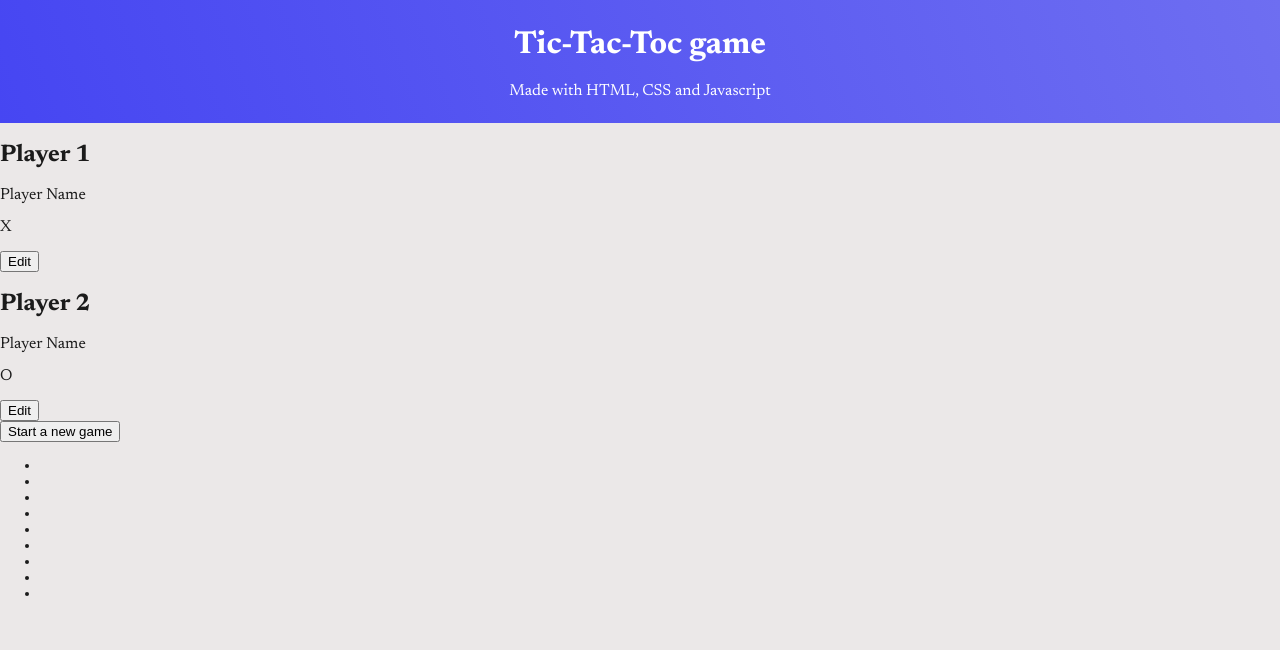
Repository: MicTomm/Tic-tac-toe-game
Page: index.html
The author's editor kept a copy of each file at every save. The page is drawn from the files as they stood at one save, then again after the next save.
The browser window is 1280 px wide. The pictures show the whole page.

Above is the page before, as saved 2023-06-23 10:44:42.
Not found: js-code

### index.html
<!DOCTYPE html>
<html lang="en">

<head>
    <meta charset="UTF-8">
    <meta name="viewport" content="width=device-width, initial-scale=1.0">
    <title>Tic-Tac-Toe</title>
    <link rel="preconnect" href="https://fonts.googleapis.com">
    <link rel="preconnect" href="https://fonts.gstatic.com" crossorigin>
    <link href="https://fonts.googleapis.com/css2?family=Newsreader:wght@400;700&display=swap" rel="stylesheet">
    <link href="/styles.css" rel="stylesheet">
    <script src="js-code" defer></script>
</head>

<body>
    <header id="main-header">
        <h1>Tic-Tac-Toc game</h1>
        <p>Made with HTML, CSS and Javascript</p>
    </header>
    <main>
        <aside>
            <header id="id="aside-header>
                <h2>Chose your name</h2>
            </header>
            <form>
                <div id="aside-input-container">
                    <label for="choosing-player-name">Player name</label>
                    <input type="text" id="choosing-player-name">
                </div>
                <div id="aside-buttons-container">
                    <button type="button" class="btn alternative-btn">Cancel</button>
                    <button type="submit" class="btn">Confirm</button>
                </div>
            </form>
        </aside>
        <section id="game-configuration">
            <article>
                <div id="player1-container">
                    <h2>Player 1</h2>
                    <p>Player Name</p>
                    <p>X</p>
                    <button id="edit-p1-btn">Edit</button>
                </div>
            </article>
            <article>
                <div id="player2-container">
                    <h2>Player 2</h2>
                    <p>Player Name</p>
                    <p>O</p>
                    <button id="edit-p2-btn">Edit</button>
                </div>
            </article>
        </section>
        <section id="game-execution">
            <button type="button">Start a new game</button>
            <ul>
                <li></li>
                <li></li>
                <li></li>

                <li></li>
                <li></li>
                <li></li>

                <li></li>
                <li></li>
                <li></li>
            </ul>
        </section>
    </main>

</body>

</html>

### styles.css
body{
    margin: 0;
    background-color: rgb(235, 232, 232);
    font-family: 'Newsreader', serif;
    color: rgb(27, 27, 27);
}

#main-header{
    background: linear-gradient(70deg, rgb(70, 70, 242), rgb(110, 110, 241));
    color: white;
    padding: 0.5rem 5%;
    text-align: center;
}

.btn{
    background-color: rgb(110, 110, 241);
    border-color: rgb(110, 112, 241);
    color: white;
    border-radius: 8px;
    padding: 0.3rem 0.5rem;
}

.alternative-btn{
    background-color: rgb(223, 223, 239);
    border-color: transparent;
    color: rgb(27, 27, 27);
    margin: 0.5rem;
}

.btn:hover{
    background-color:  rgb(127, 127, 233);
    box-shadow: 1px 1px 2px rgb(27, 27, 27);
}

.alternative-btn:hover{
    background-color: rgb(210, 210, 235);
    border-color: rgb(205, 205, 233);
}

aside{
    text-align: center;
    background-color: rgb(241, 245, 245);
    width: 45%;
    margin: 3rem auto;
    border-radius: .6rem;
    padding: .5rem 0rem;
    display: none;
}

aside:target{
    display: block;
}

form{
    display: flex;
    flex-flow: column;
}

aside h2,
aside label{
    color: rgb(110, 110, 241);
    text-shadow: .5px .5px 1px rgb(27, 27, 27, 0.5);
}

form label{
    display: block;
    margin-bottom: .5rem;
}

form input{
    padding: .3rem;
    border-color: transparent;
    border-radius: 8px;

}

form input:hover, form input:focus {
    outline: rgb(110, 110, 241) auto 1px;
}

form #aside-buttons-container{
    display: flex;
    flex-flow: row;
    justify-content: center;
    align-items: center;
    margin: .5rem;
}

After the next save:
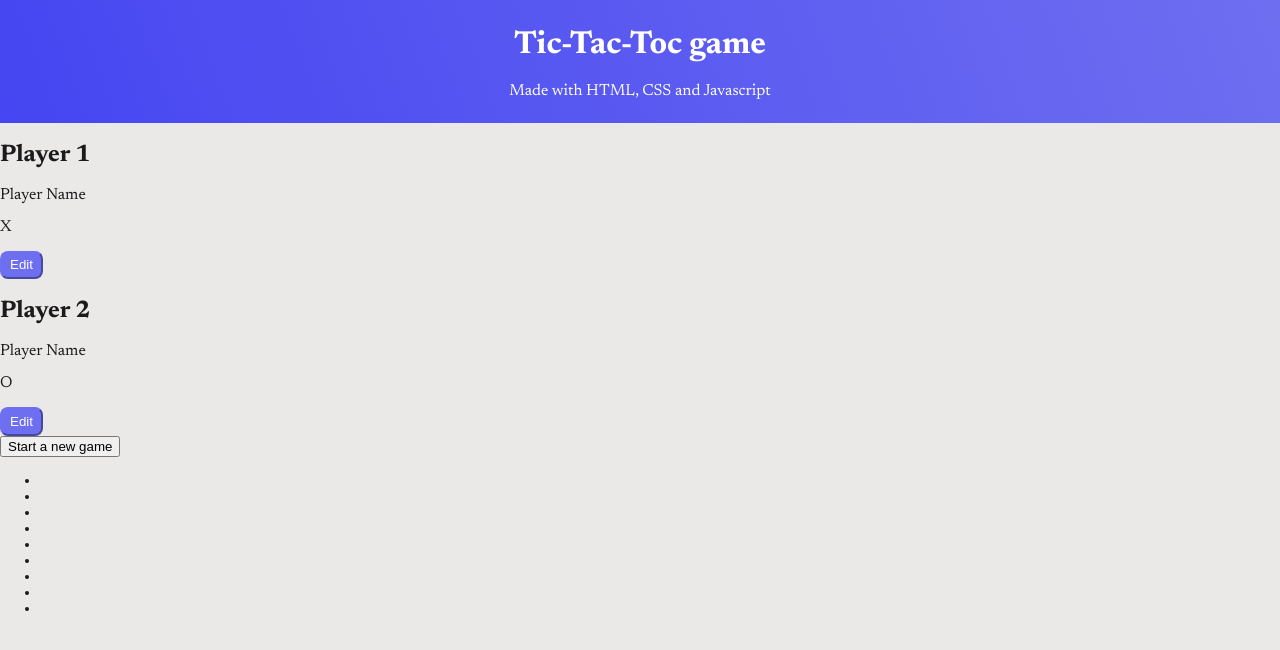
Saved 46 s later.
--- a/index.html
+++ b/index.html
@@ -39,7 +39,7 @@
                     <h2>Player 1</h2>
                     <p>Player Name</p>
                     <p>X</p>
-                    <button id="edit-p1-btn">Edit</button>
+                    <button id="edit-p1-btn" class="btn">Edit</button>
                 </div>
             </article>
             <article>
@@ -47,7 +47,7 @@
                     <h2>Player 2</h2>
                     <p>Player Name</p>
                     <p>O</p>
-                    <button id="edit-p2-btn">Edit</button>
+                    <button id="edit-p2-btn" class="btn">Edit</button>
                 </div>
             </article>
         </section>
